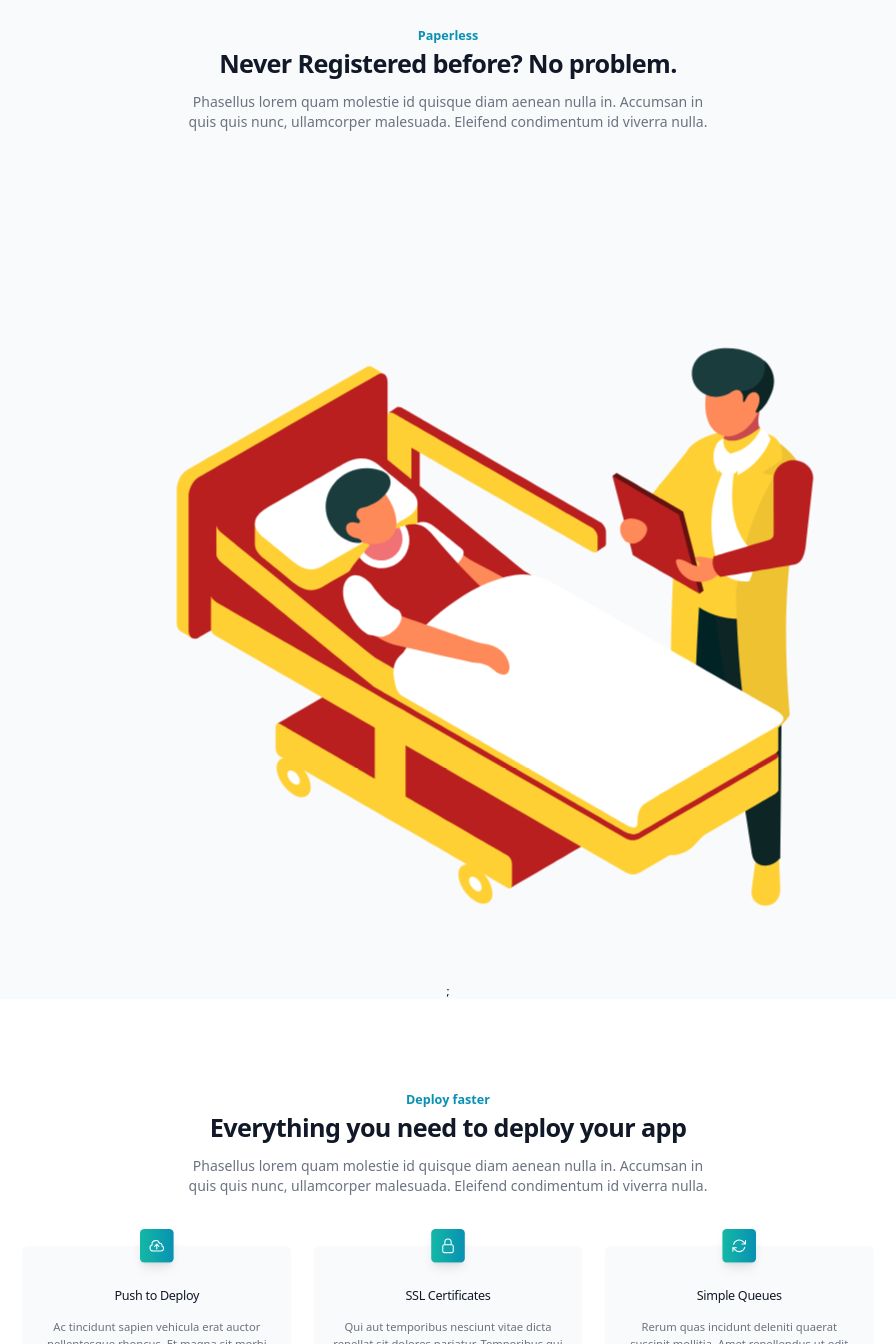
Repository: VinceBrun/medical-web3-app
Page: /
The author's editor kept a copy of each file at every save. The page is drawn from the files as they stood at one save, then again after the next save.
The browser window is 1280 px wide. The pictures show the part of the page from y = 814 to 2734 px (the page is 3395 px tall), at 70% of full size.
The project was rebuilt for these pictures with package versions that can differ from the ones it lists, and the page was loaded fresh each time. The framework's server and built-in components were replaced by stand-ins that run in the browser. Also part of the build but not shown: next.config.js, styles/Home.module.css.

Above is the page before, as saved 2023-01-16 17:35:59.

### components/Landing.jsx
import React from "react";
import { Fragment } from "react";
import { Popover, Transition } from "@headlessui/react";
import {
  ArrowPathIcon,
  Bars3Icon,
  CloudArrowUpIcon,
  CogIcon,
  LockClosedIcon,
  ServerIcon,
  ShieldCheckIcon,
  XMarkIcon,
} from "@heroicons/react/24/outline";
import {
  ArrowTopRightOnSquareIcon,
  ChevronRightIcon,
} from "@heroicons/react/20/solid";
import Lottie from "lottie-react";
import medicalanimation from "../public/images/medicalanimation.json";
import medicalpatient from "../public/images/medicalpatient.json";
import onlinemedicalanimation from "../public/images/onlinemedicalanimation.json";

const navigation = [
  { name: "Solution", href: "#" },
  { name: "Platform", href: "#" },
  { name: "Patient Stories", href: "#" },
  { name: "Resources", href: "#" },
];
const features = [
  {
    name: "Push to Deploy",
    description:
      "Ac tincidunt sapien vehicula erat auctor pellentesque rhoncus. Et magna sit morbi vitae lobortis.",
    icon: CloudArrowUpIcon,
  },
  {
    name: "SSL Certificates",
    description:
      "Qui aut temporibus nesciunt vitae dicta repellat sit dolores pariatur. Temporibus qui illum aut.",
    icon: LockClosedIcon,
  },
  {
    name: "Simple Queues",
    description:
      "Rerum quas incidunt deleniti quaerat suscipit mollitia. Amet repellendus ut odit dolores qui.",
    icon: ArrowPathIcon,
  },
  {
    name: "Advanced Security",
    description:
      "Ullam laboriosam est voluptatem maxime ut mollitia commodi. Et dignissimos suscipit perspiciatis.",
    icon: ShieldCheckIcon,
  },
  {
    name: "Powerful API",
    description:
      "Ab a facere voluptatem in quia corrupti veritatis aliquam. Veritatis labore quaerat ipsum quaerat id.",
    icon: CogIcon,
  },
  {
    name: "Database Backups",
    description:
      "Quia qui et est officia cupiditate qui consectetur. Ratione similique et impedit ea ipsum et.",
    icon: ServerIcon,
  },
];
const blogPosts = [
  {
    id: 1,
    title: "Boost your conversion rate",
    href: "#",
    date: "Mar 16, 2020",
    datetime: "2020-03-16",
    category: { name: "Article", href: "#" },
    imageUrl:
      "https://images.unsplash.com/photo-1496128858413-b36217c2ce36?ixlib=rb-1.2.1&ixid=eyJhcHBfaWQiOjEyMDd9&auto=format&fit=crop&w=1679&q=80",
    preview:
      "Lorem ipsum dolor sit amet consectetur adipisicing elit. Architecto accusantium praesentium eius, ut atque fuga culpa, similique sequi cum eos quis dolorum.",
    author: {
      name: "Roel Aufderehar",
      imageUrl:
        "https://images.unsplash.com/photo-1472099645785-5658abf4ff4e?ixlib=rb-1.2.1&ixid=eyJhcHBfaWQiOjEyMDd9&auto=format&fit=facearea&facepad=2&w=256&h=256&q=80",
      href: "#",
    },
    readingLength: "6 min",
  },
  {
    id: 2,
    title: "How to use search engine optimization to drive sales",
    href: "#",
    date: "Mar 10, 2020",
    datetime: "2020-03-10",
    category: { name: "Video", href: "#" },
    imageUrl:
      "https://images.unsplash.com/photo-1547586696-ea22b4d4235d?ixlib=rb-1.2.1&ixid=eyJhcHBfaWQiOjEyMDd9&auto=format&fit=crop&w=1679&q=80",
    preview:
      "Lorem ipsum dolor sit amet consectetur adipisicing elit. Velit facilis asperiores porro quaerat doloribus, eveniet dolore. Adipisci tempora aut inventore optio animi., tempore temporibus quo laudantium.",
    author: {
      name: "Brenna Goyette",
      imageUrl:
        "https://images.unsplash.com/photo-1550525811-e5869dd03032?ixlib=rb-1.2.1&ixid=eyJhcHBfaWQiOjEyMDd9&auto=format&fit=facearea&facepad=2&w=256&h=256&q=80",
      href: "#",
    },
    readingLength: "4 min",
  },
  {
    id: 3,
    title: "Improve your customer experience",
    href: "#",
    date: "Feb 12, 2020",
    datetime: "2020-02-12",
    category: { name: "Case Study", href: "#" },
    imageUrl:
      "https://images.unsplash.com/photo-1492724441997-5dc865305da7?ixlib=rb-1.2.1&ixid=eyJhcHBfaWQiOjEyMDd9&auto=format&fit=crop&w=1679&q=80",
    preview:
      "Lorem ipsum dolor sit amet consectetur adipisicing elit. Sint harum rerum voluptatem quo recusandae magni placeat saepe molestiae, sed excepturi cumque corporis perferendis hic.",
    author: {
      name: "Daniela Metz",
      imageUrl:
        "https://images.unsplash.com/photo-1487412720507-e7ab37603c6f?ixlib=rb-1.2.1&ixid=eyJhcHBfaWQiOjEyMDd9&auto=format&fit=facearea&facepad=2&w=256&h=256&q=80",
      href: "#",
    },
    readingLength: "11 min",
  },
];
const footerNavigation = {
  solutions: [
    { name: "Marketing", href: "#" },
    { name: "Analytics", href: "#" },
    { name: "Commerce", href: "#" },
    { name: "Insights", href: "#" },
  ],
  support: [
    { name: "Pricing", href: "#" },
    { name: "Documentation", href: "#" },
    { name: "Guides", href: "#" },
    { name: "API Status", href: "#" },
  ],
  company: [
    { name: "About", href: "#" },
    { name: "Blog", href: "#" },
    { name: "Jobs", href: "#" },
    { name: "Press", href: "#" },
    { name: "Partners", href: "#" },
  ],
  legal: [
    { name: "Claim", href: "#" },
    { name: "Privacy", href: "#" },
    { name: "Terms", href: "#" },
  ],
  social: [
    {
      name: "Facebook",
      href: "#",
      icon: (props) => (
        <svg fill="currentColor" viewBox="0 0 24 24" {...props}>
          <path
            fillRule="evenodd"
            d="M22 12c0-5.523-4.477-10-10-10S2 6.477 2 12c0 4.991 3.657 9.128 8.438 9.878v-6.987h-2.54V12h2.54V9.797c0-2.506 1.492-3.89 3.777-3.89 1.094 0 2.238.195 2.238.195v2.46h-1.26c-1.243 0-1.63.771-1.63 1.562V12h2.773l-.443 2.89h-2.33v6.988C18.343 21.128 22 16.991 22 12z"
            clipRule="evenodd"
          />
        </svg>
      ),
    },
    {
      name: "Instagram",
      href: "#",
      icon: (props) => (
        <svg fill="currentColor" viewBox="0 0 24 24" {...props}>
          <path
            fillRule="evenodd"
            d="M12.315 2c2.43 0 2.784.013 3.808.06 1.064.049 1.791.218 2.427.465a4.902 4.902 0 011.772 1.153 4.902 4.902 0 011.153 1.772c.247.636.416 1.363.465 2.427.048 1.067.06 1.407.06 4.123v.08c0 2.643-.012 2.987-.06 4.043-.049 1.064-.218 1.791-.465 2.427a4.902 4.902 0 01-1.153 1.772 4.902 4.902 0 01-1.772 1.153c-.636.247-1.363.416-2.427.465-1.067.048-1.407.06-4.123.06h-.08c-2.643 0-2.987-.012-4.043-.06-1.064-.049-1.791-.218-2.427-.465a4.902 4.902 0 01-1.772-1.153 4.902 4.902 0 01-1.153-1.772c-.247-.636-.416-1.363-.465-2.427-.047-1.024-.06-1.379-.06-3.808v-.63c0-2.43.013-2.784.06-3.808.049-1.064.218-1.791.465-2.427a4.902 4.902 0 011.153-1.772A4.902 4.902 0 015.45 2.525c.636-.247 1.363-.416 2.427-.465C8.901 2.013 9.256 2 11.685 2h.63zm-.081 1.802h-.468c-2.456 0-2.784.011-3.807.058-.975.045-1.504.207-1.857.344-.467.182-.8.398-1.15.748-.35.35-.566.683-.748 1.15-.137.353-.3.882-.344 1.857-.047 1.023-.058 1.351-.058 3.807v.468c0 2.456.011 2.784.058 3.807.045.975.207 1.504.344 1.857.182.466.399.8.748 1.15.35.35.683.566 1.15.748.353.137.882.3 1.857.344 1.054.048 1.37.058 4.041.058h.08c2.597 0 2.917-.01 3.96-.058.976-.045 1.505-.207 1.858-.344.466-.182.8-.398 1.15-.748.35-.35.566-.683.748-1.15.137-.353.3-.882.344-1.857.048-1.055.058-1.37.058-4.041v-.08c0-2.597-.01-2.917-.058-3.96-.045-.976-.207-1.505-.344-1.858a3.097 3.097 0 00-.748-1.15 3.098 3.098 0 00-1.15-.748c-.353-.137-.882-.3-1.857-.344-1.023-.047-1.351-.058-3.807-.058zM12 6.865a5.135 5.135 0 110 10.27 5.135 5.135 0 010-10.27zm0 1.802a3.333 3.333 0 100 6.666 3.333 3.333 0 000-6.666zm5.338-3.205a1.2 1.2 0 110 2.4 1.2 1.2 0 010-2.4z"
            clipRule="evenodd"
          />
        </svg>
      ),
    },
    {
      name: "Twitter",
      href: "#",
      icon: (props) => (
        <svg fill="currentColor" viewBox="0 0 24 24" {...props}>
          <path d="M8.29 20.251c7.547 0 11.675-6.253 11.675-11.675 0-.178 0-.355-.012-.53A8.348 8.348 0 0022 5.92a8.19 8.19 0 01-2.357.646 4.118 4.118 0 001.804-2.27 8.224 8.224 0 01-2.605.996 4.107 4.107 0 00-6.993 3.743 11.65 11.65 0 01-8.457-4.287 4.106 4.106 0 001.27 5.477A4.072 4.072 0 012.8 9.713v.052a4.105 4.105 0 003.292 4.022 4.095 4.095 0 01-1.853.07 4.108 4.108 0 003.834 2.85A8.233 8.233 0 012 18.407a11.616 11.616 0 006.29 1.84" />
        </svg>
      ),
    },
    {
      name: "GitHub",
      href: "#",
      icon: (props) => (
        <svg fill="currentColor" viewBox="0 0 24 24" {...props}>
          <path
            fillRule="evenodd"
            d="M12 2C6.477 2 2 6.484 2 12.017c0 4.425 2.865 8.18 6.839 9.504.5.092.682-.217.682-.483 0-.237-.008-.868-.013-1.703-2.782.605-3.369-1.343-3.369-1.343-.454-1.158-1.11-1.466-1.11-1.466-.908-.62.069-.608.069-.608 1.003.07 1.531 1.032 1.531 1.032.892 1.53 2.341 1.088 2.91.832.092-.647.35-1.088.636-1.338-2.22-.253-4.555-1.113-4.555-4.951 0-1.093.39-1.988 1.029-2.688-.103-.253-.446-1.272.098-2.65 0 0 .84-.27 2.75 1.026A9.564 9.564 0 0112 6.844c.85.004 1.705.115 2.504.337 1.909-1.296 2.747-1.027 2.747-1.027.546 1.379.202 2.398.1 2.651.64.7 1.028 1.595 1.028 2.688 0 3.848-2.339 4.695-4.566 4.943.359.309.678.92.678 1.855 0 1.338-.012 2.419-.012 2.747 0 .268.18.58.688.482A10.019 10.019 0 0022 12.017C22 6.484 17.522 2 12 2z"
            clipRule="evenodd"
          />
        </svg>
      ),
    },
    {
      name: "Dribbble",
      href: "#",
      icon: (props) => (
        <svg fill="currentColor" viewBox="0 0 24 24" {...props}>
          <path
            fillRule="evenodd"
            d="M12 2C6.48 2 2 6.48 2 12s4.48 10 10 10c5.51 0 10-4.48 10-10S17.51 2 12 2zm6.605 4.61a8.502 8.502 0 011.93 5.314c-.281-.054-3.101-.629-5.943-.271-.065-.141-.12-.293-.184-.445a25.416 25.416 0 00-.564-1.236c3.145-1.28 4.577-3.124 4.761-3.362zM12 3.475c2.17 0 4.154.813 5.662 2.148-.152.216-1.443 1.941-4.48 3.08-1.399-2.57-2.95-4.675-3.189-5A8.687 8.687 0 0112 3.475zm-3.633.803a53.896 53.896 0 013.167 4.935c-3.992 1.063-7.517 1.04-7.896 1.04a8.581 8.581 0 014.729-5.975zM3.453 12.01v-.26c.37.01 4.512.065 8.775-1.215.25.477.477.965.694 1.453-.109.033-.228.065-.336.098-4.404 1.42-6.747 5.303-6.942 5.629a8.522 8.522 0 01-2.19-5.705zM12 20.547a8.482 8.482 0 01-5.239-1.8c.152-.315 1.888-3.656 6.703-5.337.022-.01.033-.01.054-.022a35.318 35.318 0 011.823 6.475 8.4 8.4 0 01-3.341.684zm4.761-1.465c-.086-.52-.542-3.015-1.659-6.084 2.679-.423 5.022.271 5.314.369a8.468 8.468 0 01-3.655 5.715z"
            clipRule="evenodd"
          />
        </svg>
      ),
    },
  ],
};

export default function Landing() {
  return (
    <div className="bg-white">
      <div className="relative overflow-hidden">
        <Popover as="header" className="relative">
          <div className="bg-gray-900 pt-6">
            <nav
              className="relative mx-auto flex max-w-7xl items-center justify-between px-4 sm:px-6"
              aria-label="Global"
            >
              <div className="flex flex-1 items-center">
                <div className="flex w-full items-center justify-between md:w-auto">
                  <a href="#">
                    <span className="sr-only">Curioosityxploring</span>
                    <img
                      className="h-8 w-auto sm:h-10"
                      src="/images/curiositylogo.png"
                      alt=""
                    />
                  </a>
                  <div className="-mr-2 flex items-center md:hidden">
                    <Popover.Button className="focus-ring-inset inline-flex items-center justify-center rounded-md bg-gray-900 p-2 text-gray-400 hover:bg-gray-800 focus:outline-none focus:ring-2 focus:ring-white">
                      <span className="sr-only">Open main menu</span>
                      <Bars3Icon className="h-6 w-6" aria-hidden="true" />
                    </Popover.Button>
                  </div>
                </div>
                <div className="hidden space-x-8 md:ml-10 md:flex">
                  {navigation.map((item) => (
                    <a
                      key={item.name}
                      href={item.href}
                      className="text-base font-medium text-white hover:text-gray-300"
                    >
                      {item.name}
                    </a>
                  ))}
                </div>
              </div>
              <div className="hidden md:flex md:items-center md:space-x-6">
                <a
                  href="#"
                  className="text-base font-medium text-white hover:text-gray-300"
                >
                  Log in
                </a>
                <a
                  href="#"
                  className="inline-flex items-center rounded-md border border-transparent bg-gray-600 px-4 py-2 text-base font-medium text-white hover:bg-gray-700"
                >
                  Contact Us
                </a>
              </div>
            </nav>
          </div>

          <Transition
            as={Fragment}
            enter="duration-150 ease-out"
            enterFrom="opacity-0 scale-95"
            enterTo="opacity-100 scale-100"
            leave="duration-100 ease-in"
            leaveFrom="opacity-100 scale-100"
            leaveTo="opacity-0 scale-95"
          >
            <Popover.Panel
              focus
              className="absolute inset-x-0 top-0 origin-top transform p-2 transition md:hidden"
            >
              <div className="overflow-hidden rounded-lg bg-white shadow-md ring-1 ring-black ring-opacity-5">
                <div className="flex items-center justify-between px-5 pt-4">
                  <div>
                    <img
                      className="h-8 w-auto"
                      src="/images/curiositylogo.png"
                      alt=""
                    />
                  </div>
                  <div className="-mr-2">
                    <Popover.Button className="inline-flex items-center justify-center rounded-md bg-white p-2 text-gray-400 hover:bg-gray-100 focus:outline-none focus:ring-2 focus:ring-inset focus:ring-cyan-600">
                      <span className="sr-only">Close menu</span>
                      <XMarkIcon className="h-6 w-6" aria-hidden="true" />
                    </Popover.Button>
                  </div>
                </div>
                <div className="pt-5 pb-6">
                  <div className="space-y-1 px-2">
                    {navigation.map((item) => (
                      <a
                        key={item.name}
                        href={item.href}
                        className="block rounded-md px-3 py-2 text-base font-medium text-gray-900 hover:bg-gray-50"
                      >
                        {item.name}
                      </a>
                    ))}
                  </div>
                  <div className="mt-6 px-5">
                    <a
                      href="#"
                      className="block w-full rounded-md bg-gradient-to-r from-orange-500 to-red-800 py-3 px-4 text-center font-medium text-white shadow hover:from-teal-600 hover:to-cyan-700"
                    >
                      Contact Us
                    </a>
                  </div>
                  <div className="mt-6 px-5">
                    <p className="text-center text-base font-medium text-gray-500">
                      Existing customer?{" "}
                      <a href="#" className="text-gray-900 hover:underline">
                        Login
                      </a>
                    </p>
                  </div>
                </div>
              </div>
            </Popover.Panel>
          </Transition>
        </Popover>
        <main>
          <div className="bg-gray-900 pt-10 sm:pt-16 lg:overflow-hidden lg:pt-8 lg:pb-14">
            <div className="mx-auto max-w-7xl lg:px-8">
              <div className="lg:grid lg:grid-cols-2 lg:gap-8">
                <div className="mx-auto max-w-md px-4 sm:max-w-2xl sm:px-6 sm:text-center lg:flex lg:items-center lg:px-0 lg:text-left">
                  <div className="lg:py-24">
                    <h1 className="mt-4 text-4xl font-bold tracking-tight text-white sm:mt-5 sm:text-6xl lg:mt-6 xl:text-6xl">
                      <span className="block">Intelligent automation</span>
                      <span className="block bg-gradient-to-r from-red-600 to-orange-300 bg-clip-text pb-3 text-transparent sm:pb-5">
                        for healthcare
                      </span>
                    </h1>
                    <p className="text-base text-gray-300 sm:text-xl lg:text-lg xl:text-xl">
                      Automate every patient encounter and workflow, from front
                      desk to back office.
                    </p>
                    <div className="mt-10 sm:mt-12">
                      <form
                        action="#"
                        className="sm:mx-auto sm:max-w-xl lg:mx-0"
                      >
                        <div className="sm:flex">
                          <div className="min-w-0 flex-1">
                            <label htmlFor="email" className="sr-only">
                              Email address
                            </label>
                            <input
                              id="email"
                              type="email"
                              placeholder="Enter your email"
                              className="block w-full rounded-md border-0 px-4 py-3 text-base text-gray-900 placeholder-gray-500 focus:outline-none focus:ring-2 focus:ring-cyan-400 focus:ring-offset-2 focus:ring-offset-gray-900"
                            />
                          </div>
                          <div className="mt-3 sm:mt-0 sm:ml-3">
                            <button
                              type="submit"
                              className="block w-full rounded-md bg-gradient-to-r from-red-600 to-orange-400 py-3 px-4 font-medium text-white shadow hover:from-teal-600 hover:to-cyan-700 focus:outline-none focus:ring-2 focus:ring-cyan-400 focus:ring-offset-2 focus:ring-offset-gray-900"
                            >
                              Request Demo
                            </button>
                          </div>
                        </div>
                      </form>
                    </div>
                  </div>
                </div>
                <div className="mt-12 -mb-16 sm:-mb-48 lg:relative lg:m-0">
                  {/* <div className="mx-auto max-w-md px-4 sm:max-w-2xl sm:px-6 lg:max-w-none lg:px-0">
                    <img
                      className="w-full lg:absolute lg:inset-y-0 lg:left-0 lg:h-full lg:w-auto lg:max-w-none"
                      src="/images/pharmacy.mp4"
                      alt=""
                    />
                  </div> */}
                  <Lottie animationData={medicalanimation} loop={true} />;
                  {/* <Lottie animationData={onlinemedicalanimation} loop={true} /> */}
                </div>
              </div>
            </div>
          </div>

          {/* Feature section with screenshot */}
          <div className="relative bg-gray-50 pt-16 sm:pt-24 lg:pt-32">
            <div className="mx-auto max-w-md px-6 text-center sm:max-w-3xl lg:max-w-7xl lg:px-8">
              <div>
                <h2 className="text-lg font-semibold text-cyan-600">
                  Paperless
                </h2>
                <p className="mt-2 text-3xl font-bold tracking-tight text-gray-900 sm:text-4xl">
                  Never Registered before? No problem.
                </p>
                <p className="mx-auto mt-5 max-w-prose text-xl text-gray-500">
                  Phasellus lorem quam molestie id quisque diam aenean nulla in.
                  Accumsan in quis quis nunc, ullamcorper malesuada. Eleifend
                  condimentum id viverra nulla.
                </p>
              </div>
              <div className="p-[300]">
                <Lottie animationData={medicalpatient} loop={true} />;
              </div>
            </div>
          </div>

          {/* Feature section with grid */}
          <div className="relative bg-white py-16 sm:py-24 lg:py-32">
            <div className="mx-auto max-w-md px-6 text-center sm:max-w-3xl lg:max-w-7xl lg:px-8">
              <h2 className="text-lg font-semibold text-cyan-600">
                Deploy faster
              </h2>
              <p className="mt-2 text-3xl font-bold tracking-tight text-gray-900 sm:text-4xl">
                Everything you need to deploy your app
              </p>
              <p className="mx-auto mt-5 max-w-prose text-xl text-gray-500">
                Phasellus lorem quam molestie id quisque diam aenean nulla in.
                Accumsan in quis quis nunc, ullamcorper malesuada. Eleifend
                condimentum id viverra nulla.
              </p>
              <div className="mt-12">
                <div className="grid grid-cols-1 gap-8 sm:grid-cols-2 lg:grid-cols-3">
                  {features.map((feature) => (
                    <div key={feature.name} className="pt-6">
                      <div className="flow-root rounded-lg bg-gray-50 px-6 pb-8">
                        <div className="-mt-6">
                          <div>
                            <span className="inline-flex items-center justify-center rounded-md bg-gradient-to-r from-teal-500 to-cyan-600 p-3 shadow-lg">
                              <feature.icon
                                className="h-6 w-6 text-white"
                                aria-hidden="true"
                              />
                            </span>
                          </div>
                          <h3 className="mt-8 text-lg font-medium tracking-tight text-gray-900">
                            {feature.name}
                          </h3>
                          <p className="mt-5 text-base text-gray-500">
                            {feature.description}
                          </p>
                        </div>
                      </div>
                    </div>
                  ))}
                </div>
              </div>
            </div>
          </div>

          {/* Testimonial section */}

          {/* Blog section */}

          {/* CTA Section */}
        </main>
        <footer className="bg-gray-50" aria-labelledby="footer-heading">
          <h2 id="footer-heading" className="sr-only">
            Footer
          </h2>
          <div className="mx-auto max-w-md px-4 pt-12 sm:max-w-7xl sm:px-6 lg:px-8 lg:pt-16">
            <div className="xl:grid xl:grid-cols-3 xl:gap-8"></div>
            <div className="mt-12 border-t border-gray-200 py-8">
              <p className="text-base text-gray-400 xl:text-center">
                &copy; 2023 Curiosityxploring, Inc. All rights reserved.
              </p>
            </div>
          </div>
        </footer>
      </div>
    </div>
  );
}

Loaded but not shown: pages/_app.js (common file); pages/_document.js (common file); styles/globals.css (common file); tailwind.config.js (common file); public/images/medicalanimation.json (1 lines, source omitted); public/images/onlinemedicalanimation.json (1 lines, source omitted); public/images/medicalpatient.json (1 lines, source omitted); pages/index.js (26 lines, source omitted)

After the next save:
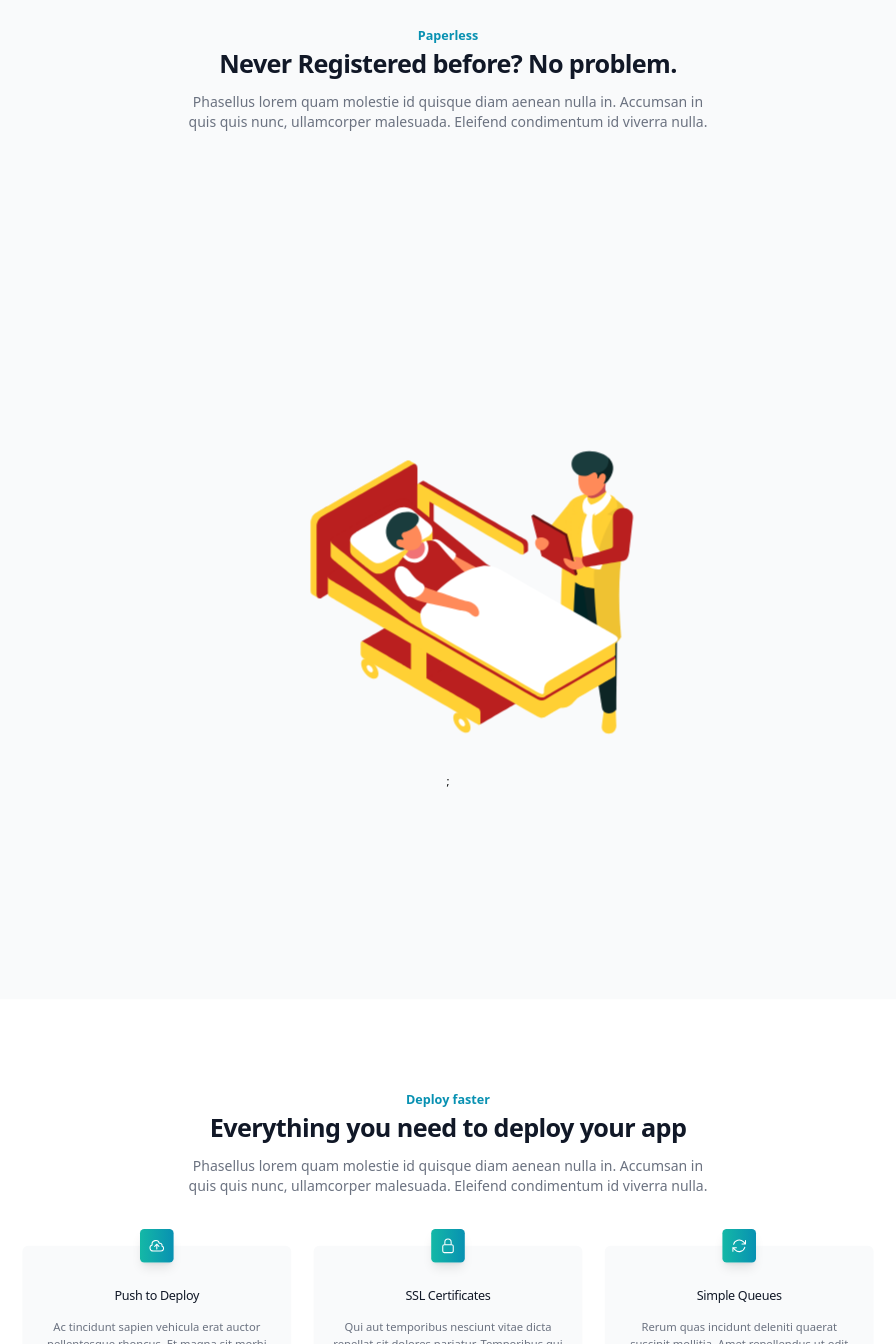
Saved 11 s later.
--- a/components/Landing.jsx
+++ b/components/Landing.jsx
@@ -408,7 +408,7 @@ export default function Landing() {
                   condimentum id viverra nulla.
                 </p>
               </div>
-              <div className="p-[300]">
+              <div className="p-[300px]">
                 <Lottie animationData={medicalpatient} loop={true} />;
               </div>
             </div>
